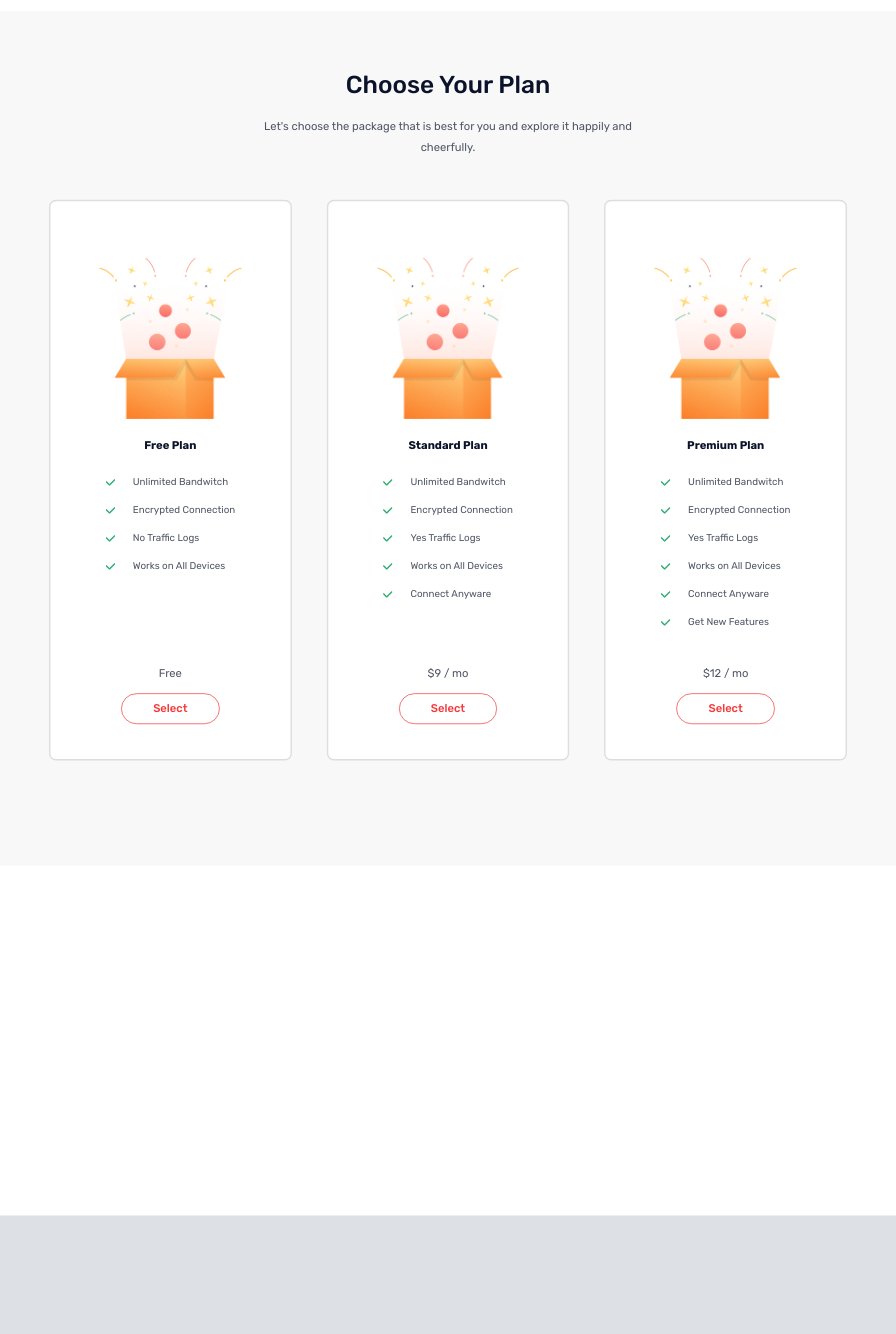
Repository: dangpham205/LaslesVPN-Landing-Page
Page: index.html
The author's editor kept a copy of each file at every save. The page is drawn from the files as they stood at one save, then again after the next save.
The browser window is 1280 px wide. The pictures show the part of the page from y = 1439 to 3359 px (the page is 3345 px tall before and 3359 px after), at 70% of full size.

Above is the page before, as saved 2022-07-20 14:54:28.

After the next save:
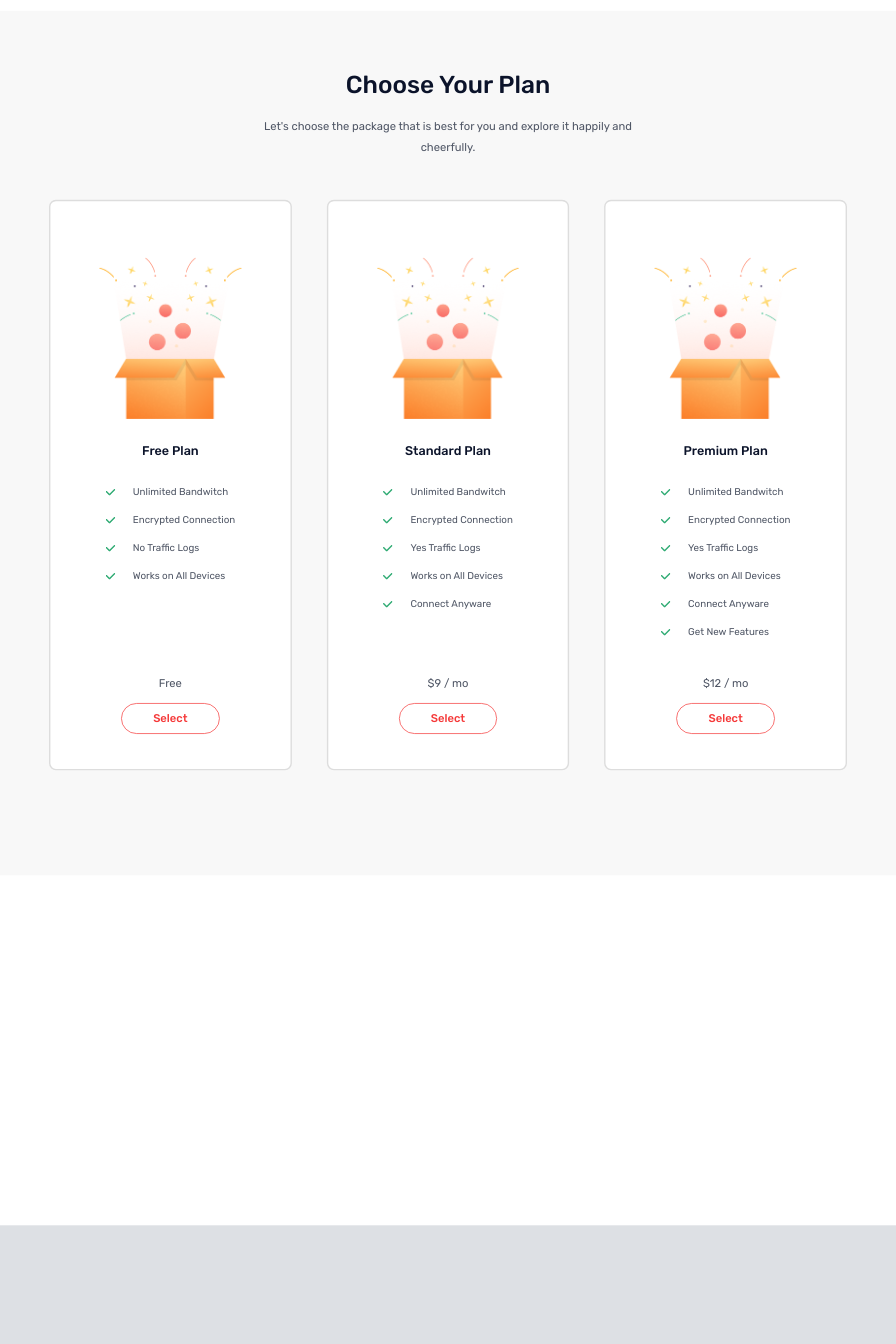
Saved 38 s later.
--- a/index.html
+++ b/index.html
@@ -147,7 +147,7 @@
                                 <div class="plan__item-image">
                                     <img src="" alt="" srcset="./assets/img/plan.png">
                                 </div>
-                                <h4 class="plan__item-title">Free Plan</h4>
+                                <h4 class="plan__item-title heading-small">Free Plan</h4>
                                 <ul class="plan__item-details">
                                     <li class="plan__item-detail">
                                         <img src="./assets/img/ic-check-line.svg" alt="">
@@ -173,7 +173,7 @@
                                 <div class="plan__item-image">
                                     <img src="" alt="" srcset="./assets/img/plan.png">
                                 </div>
-                                <h4 class="plan__item-title">Standard Plan</h4>
+                                <h4 class="plan__item-title heading-small">Standard Plan</h4>
                                 <ul class="plan__item-details">
                                     <li class="plan__item-detail">
                                         <img src="./assets/img/ic-check-line.svg" alt="">
@@ -203,7 +203,7 @@
                                 <div class="plan__item-image">
                                     <img src="" alt="" srcset="./assets/img/plan.png">
                                 </div>
-                                <h4 class="plan__item-title">Premium Plan</h4>
+                                <h4 class="plan__item-title heading-small">Premium Plan</h4>
                                 <ul class="plan__item-details">
                                     <li class="plan__item-detail">
                                         <img src="./assets/img/ic-check-line.svg" alt="">
